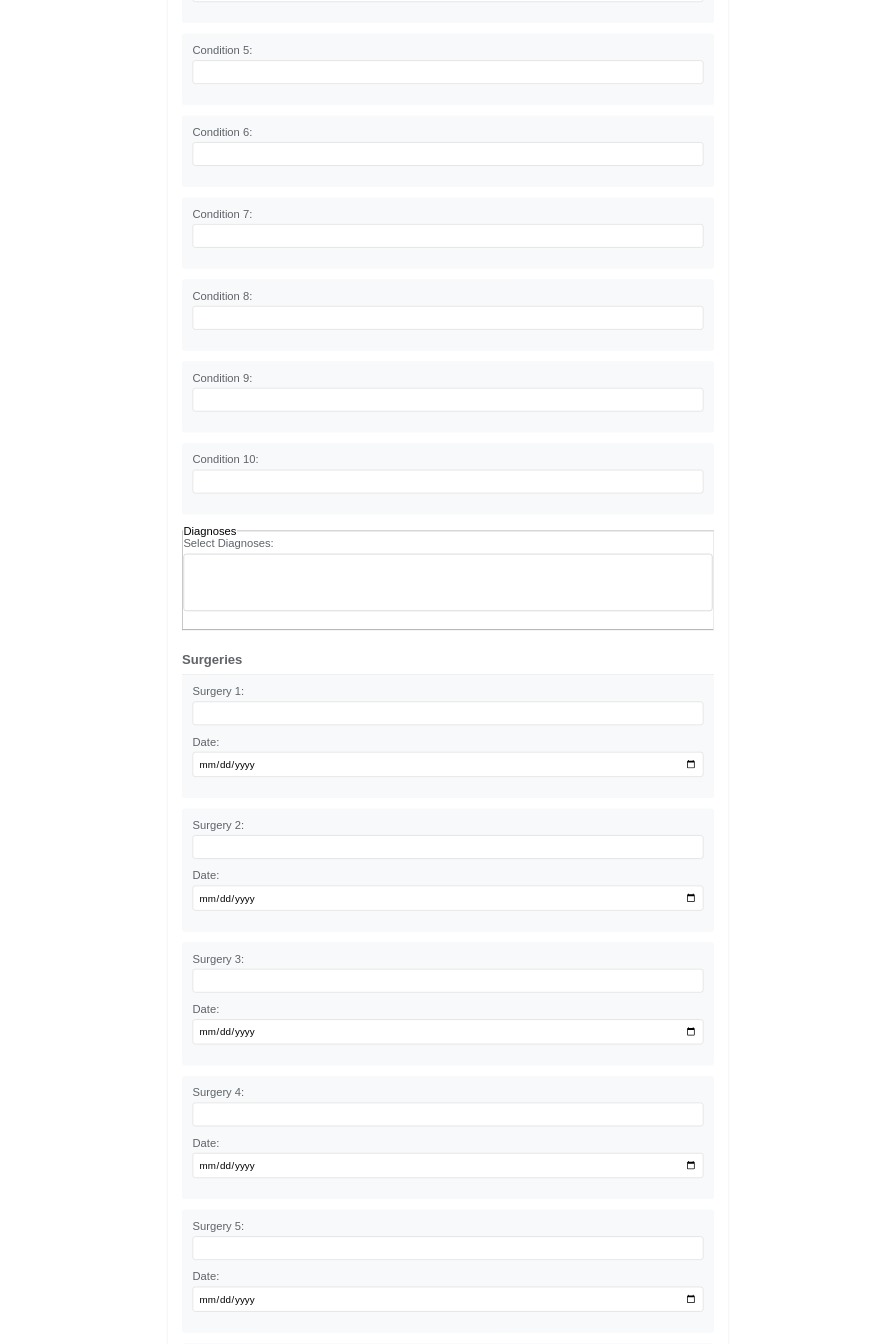
Repository: DavidG626/Flask-Project
Page: templates/update_medical_hx.html
These files come from the project's save history. The page is drawn as it stood at one moment and after the next save; the edit follows.
The browser window is 1280 px wide. The pictures show the part of the page from y = 4580 to 6500 px (the page is 11250 px tall before and 11189 px after), at 70% of full size.
Some web libraries are served in a nearby version. The template is drawn by Flask 3. The application's start-up code is not run. Other server files are loaded and not shown. The template is opened directly, without the code that normally fills it, so the values that code supplies are empty.

Above is the page before, as saved 2025-02-09 00:00:58.

### templates/update_medical_hx.html
<!DOCTYPE html>
<html lang="en">
    <head>
        <meta charset="UTF-8">
        <meta name="viewport" content="width=device-width, initial-scale=1.0">
        <title>Patient Medical History</title>
        <link rel="stylesheet" type="text/css" href="/static/dashboard.css">
        <link rel="stylesheet" type="text/css" href="/static/update_med_hx.css">
        <link href="https://cdnjs.cloudflare.com/ajax/libs/font-awesome/6.0.0/css/all.min.css" rel="stylesheet">
        <link href="https://cdn.jsdelivr.net/npm/select2@4.1.0-rc.0/dist/css/select2.min.css" rel="stylesheet" />
        <script src="https://cdn.jsdelivr.net/npm/jquery@3.6.0/dist/jquery.min.js"></script>
        <script src="https://cdn.jsdelivr.net/npm/select2@4.1.0-rc.0/dist/js/select2.min.js"></script>
    </head>


<body>
    <div class="update-form">
        <h2>Update Medical History</h2>
        <p class="small-text">Patient: {{ patient.first_name }} {{ patient.last_name }}</p>

        <form method="POST" action="{{ url_for('dashboard.update_medical_history', patient_id=patient.id) }}">
            <!-- Allergies Section -->
            <h3>Allergies</h3>
            {% for i in range(1, 16) %}
            <div class="form-section">
                <div class="form-group">
                    <label>Allergy {{ i }}:</label>
                    <input type="text" name="allergy_{{ i }}"
                           value="{{ patient.medical_history.allergies[i-1].allergy_name if patient.medical_history and patient.medical_history.allergies|length >= i else '' }}">
                </div>
                <div class="form-group">
                    <label>Severity:</label>
                    <input type="text" name="allergy_severity_{{ i }}"
                           value="{{ patient.medical_history.allergies[i-1].allergy_severity if patient.medical_history and patient.medical_history.allergies|length >= i else '' }}">
                </div>
                <div class="form-group">
                    <label>Reaction:</label>
                    <input type="text" name="allergy_reaction_{{ i }}"
                           value="{{ patient.medical_history.allergies[i-1].reaction if patient.medical_history and patient.medical_history.allergies|length >= i else '' }}">
                </div>
            </div>
            {% endfor %}

            <!-- Medical Conditions Section -->
            <h3>Medical Conditions</h3>
            {% for i in range(1, 11) %}
            <div class="form-section">
                <div class="form-group">
                    <label>Condition {{ i }}:</label>
                    <input type="text" name="condition_{{ i }}"
                           value="{{ patient.medical_history.medical_conditions[i-1].condition_name if patient.medical_history and patient.medical_history.medical_conditions|length >= i else '' }}">
                </div>
            </div>
            {% endfor %}

            <!-- Diagnoses Section -->
            <fieldset>
                <legend>Diagnoses</legend>
                <div class="form-group">
                    <label>Select Diagnoses:</label>
                    <select name="diagnoses" multiple class="form-select">
                        {% for code in icd10_codes %}
                            <option value="{{ code.id }}"
                                {% if patient.medical_history and code.id in patient.medical_history.diagnoses|map(attribute='icd10_id')|list %}
                                    selected
                                {% endif %}>
                                {{ code.description }} ({{ code.code }})
                            </option>
                        {% endfor %}
                    </select>
                </div>
            </fieldset>

            <!-- Surgeries Section -->
            <h3>Surgeries</h3>
            {% for i in range(1, 11) %}
            <div class="form-section">
                <div class="form-group">
                    <label>Surgery {{ i }}:</label>
                    <input type="text" name="surgery_{{ i }}"
                           value="{{ patient.medical_history.surgeries[i-1].surgery_name if patient.medical_history and patient.medical_history.surgeries|length >= i else '' }}">
                </div>
                <div class="form-group">
                    <label>Date:</label>
                    <input type="date" name="surgery_date_{{ i }}"
                           value="{{ patient.medical_history.surgeries[i-1].surgery_date.strftime('%Y-%m-%d') if patient.medical_history and patient.medical_history.surgeries|length >= i and patient.medical_history.surgeries[i-1].surgery_date else '' }}">
                </div>
            </div>
            {% endfor %}

            <!-- Medications Section -->
            <h3>Medications</h3>
            {% for i in range(1, 11) %}
            <div class="form-section">
                <div class="form-group">
                    <label>Medication {{ i }}:</label>
                    <input type="text" name="medication_{{ i }}"
                           value="{{ patient.medical_history.medications[i-1].medication_name if patient.medical_history and patient.medical_history.medications|length >= i else '' }}">
                </div>
                <div class="form-group">
                    <label>Dosage:</label>
                    <input type="text" name="dosage_{{ i }}"
                           value="{{ patient.medical_history.medications[i-1].dosage if patient.medical_history and patient.medical_history.medications|length >= i else '' }}">
                </div>
                <div class="form-group">
                    <label>Frequency:</label>
                    <input type="text" name="frequency_{{ i }}"
                           value="{{ patient.medical_history.medications[i-1].frequency if patient.medical_history and patient.medical_history.medications|length >= i else '' }}">
                </div>
            </div>
            {% endfor %}

            <!-- Smoking History -->
            <h3>Smoking History</h3>
            <div class="form-section">
                <div class="form-group">
                    <input type="checkbox" name="current_smoker"
                           {{ 'checked' if patient.medical_history and patient.medical_history.current_smoker }}>
                    <label>Current Smoker</label>
                </div>
                <div class="form-group">
                    <input type="checkbox" name="former_smoker"
                           {{ 'checked' if patient.medical_history and patient.medical_history.former_smoker }}>
                    <label>Former Smoker</label>
                </div>
                <div class="form-group">
                    <label>Quit Date:</label>
                    <input type="date" name="quit_date"
                           value="{{ patient.medical_history.quit_date.strftime('%Y-%m-%d') if patient.medical_history and patient.medical_history.quit_date else '' }}">
                </div>
                <div class="form-group">
                    <input type="checkbox" name="never_smoker"
                           {{ 'checked' if patient.medical_history and patient.medical_history.never_smoker }}>
                    <label>Never Smoker</label>
                </div>
                <div class="form-group">
                    <input type="checkbox" name="passive_smoker"
                           {{ 'checked' if patient.medical_history and patient.medical_history.passive_smoker }}>
                    <label>Passive Smoker</label>
                </div>
                <div class="form-group">
                    <input type="checkbox" name="vaping"
                           {{ 'checked' if patient.medical_history and patient.medical_history.vaping }}>
                    <label>Vaping</label>
                </div>
            </div>

            <!-- Alcohol Consumption -->
            <h3>Alcohol Consumption</h3>
            <div class="form-section">
                <div class="form-group">
                    <label>Wine per Week:</label>
                    <input type="number" name="wine_per_week"
                           value="{{ patient.medical_history.wine_per_week if patient.medical_history else '' }}">
                </div>
                <div class="form-group">
                    <label>Beer per Week:</label>
                    <input type="number" name="beer_per_week"
                           value="{{ patient.medical_history.beer_per_week if patient.medical_history else '' }}">
                </div>
                <div class="form-group">
                    <label>Liquor per Week:</label>
                    <input type="number" name="liquor_per_week"
                           value="{{ patient.medical_history.liquor_per_week if patient.medical_history else '' }}">
                </div>
            </div>

            <!-- Substance Use -->
            <h3>Substance Use</h3>
            <div class="form-section">
                <div class="form-group">
                    <input type="checkbox" name="marijuana"
                           {{ 'checked' if patient.medical_history and patient.medical_history.marijuana }}>
                    <label>Marijuana</label>
                </div>
                <div class="form-group">
                    <input type="checkbox" name="cocaine"
                           {{ 'checked' if patient.medical_history and patient.medical_history.cocaine }}>
                    <label>Cocaine</label>
                </div>
                <div class="form-group">
                    <input type="checkbox" name="meth"
                           {{ 'checked' if patient.medical_history and patient.medical_history.meth }}>
                    <label>Meth</label>
                </div>
                <div class="form-group">
                    <input type="checkbox" name="iv_drugs"
                           {{ 'checked' if patient.medical_history and patient.medical_history.iv_drugs }}>
                    <label>IV Drugs</label>
                </div>
            </div>

            <div class="buttons">
                <button type="submit" class="save-btn">Save Changes</button>
                <a href="{{ url_for('dashboard.patient_detail', patient_id=patient.id) }}" class="cancel-btn">Cancel</a>
            </div>
        </form>
    </div>
</body>
</html>

### static/dashboard.css
/* static/style.css */
html {
    font-size: 16px;
}
* {
    margin: 0;
    padding: 0;
    box-sizing: border-box;
    font-family: Arial, sans-serif;
}

.container {
    display: flex;
    height: 100vh;
}
.logo {
    font-size: 1.5rem;
    font-weight: bold;
    color: #1a73e8;
    margin-bottom: 20px;
    text-align: center;

}
/* Sidebar Styles */

.logged-user {
    text-align: center;
    color: #5f6368;
    font-size: 0.9rem;
    margin-bottom: 20px;
    padding: 0 10px;
    font-weight: 500;
}
.logout-link {
    display: block;
    color: #5f6368;
    font-size: 0.9rem;
    text-decoration: none;
    margin-top: 5px;
}

.logout-link:hover {
    color: #1a73e8;
}
/* Adjust logo margin */
.logo {
    margin-bottom: 10px;
}
.sidebar {
    width: 260px;
    background: white;
    padding: 20px;
    border-right: 1px solid #e1e4e8;
}

.new-button button {
    width: 100%;
    padding: 12px;
    background: #e8f0fe;
    color: #1a73e8;
    border: none;
    border-radius: 24px;
    cursor: pointer;
    font-weight: 500;
    display: flex;
    align-items: center;
    justify-content: center;
    gap: 8px;
    margin-bottom: 20px;
}

.sidebar nav ul a {
    list-style: none;
    text-decoration: none;
    color: inherit;
}

.sidebar nav ul li  {
    padding: 10px 12px;
    border-radius: 24px;
    cursor: pointer;
    display: flex;
    align-items: center;
    gap: 12px;
    color: #5f6368;
}


.sidebar nav ul li.active {
    background: #e8f0fe;
    color: #1a73e8;
}
.sidebar nav ul li,
.sidebar nav ul li a {
    display: flex;
    align-items: center;
    gap: 12px;
}

.sidebar nav ul li a {
    text-decoration: none;
    color: inherit;
    width: 100%; /* Ensure the link takes full width of the list item */
}
/* Main Content Styles */
main {
    flex: 1;
    background: #f8f9fa;
    display: flex;
    flex-direction: column;
}

header {
    background: white;
    padding: 8px 20px;
    border-bottom: 1px solid #e1e4e8;
}

.search-bar {
    position: relative;
    max-width: 720px;
}

.search-bar input {
    width: 100%;
    padding: 12px 16px 12px 40px;
    border: none;
    background: #f1f3f4;
    border-radius: 8px;
    font-size: 14px;
}

.search-bar i {
    position: absolute;
    left: 12px;
    top: 50%;
    transform: translateY(-50%);
    color: #5f6368;
}

.content {
    padding: 20px;
    flex: 1;
}

.toolbar {
    display: flex;
    justify-content: space-between;
    align-items: center;
    margin-bottom: 20px;
}

.view-options a {
    padding: 8px;
    cursor: pointer;
    color: #1a73e8;
    text-decoration: none;

}

.view-options a:visited {
    color: #1a73e8;
    text-decoration: none;

}

.view-options a:hover {
    color: #1a73e8;
    text-decoration: underline;

}

/* Table Styles */
.files-table {
    width: 100%;
    background: white;
    border-radius: 8px;
    border-collapse: collapse;
}

.files-table th,
.files-table td {
    padding: 12px 20px;
    text-align: left;
    border-bottom: 1px solid #e1e4e8;
}

.files-table th {
    color: #5f6368;
    font-weight: 500;
    font-size: 14px;
}

.file-cell {
    display: flex;
    align-items: center;
    gap: 12px;
}

.file-cell i {
    color: #5f6368;
}

.files-table tr:hover {
    background: #f8f9fa;
}

/* update.html */
.update-form {
    max-width: 500px;
    margin: 50px auto;
    padding: 20px;
    background: white;
    border-radius: 8px;
    box-shadow: 0 2px 4px rgba(0,0,0,0.1);
}

.form-group {
    margin-bottom: 15px;
}

.form-group label {
    display: block;
    margin-bottom: 5px;
    font-weight: bold;
}

.form-group input {
    width: 100%;
    padding: 8px;
    border: 1px solid #ddd;
    border-radius: 4px;
}

.buttons {
    margin-top: 20px;
}

.save-btn {
    background: #1a73e8;
    color: white;
    padding: 10px 20px;
    border: none;
    border-radius: 4px;
    cursor: pointer;
}

.cancel-btn {
    background: #f1f3f4;
    color: #5f6368;
    padding: 10px 20px;
    border: none;
    border-radius: 4px;
    text-decoration: none;
    margin-left: 10px;
}
.edit-btn {
    background: #1a73e8;
    color: white;
    padding: 8px 16px;
    border-radius: 4px;
    text-decoration: none;
    display: inline-block;
    margin-bottom: 20px;
}


.patient-card {
    background: white;
    border-radius: 8px;
    padding: 20px;
    margin: 10px 0;
    box-shadow: 0 2px 4px rgba(0,0,0,0.1);
    display: flex;
    align-items: center;
    text-decoration: none;  /* Remove default link underline */
    color: inherit;  /* Keep default text color */
    transition: all 0.2s ease;  /* Smooth hover effect */
}
.small-text {
    font-size: 14px;
    color: #5f6368;  /* matches your theme's gray color */
}

.patient-card:hover {
    background: #f8f9fa;
    transform: translateY(-2px);
    box-shadow: 0 4px 6px rgba(0,0,0,0.1);
}

.patient-card .fa-folder {
    color: #4a90e2;
    font-size: 24px;
    margin-right: 15px;
}

.patient-name {
    font-weight: bold;
    font-size: 16px;
    margin-right: 20px;
}

.patient-details {
    margin-left: auto;
}

.view-link {
    color: #4a90e2;
    text-decoration: none;
    margin-left: 15px;
}

.view-link:hover {
    text-decoration: underline;
}

.tabs {
    display: flex;
    gap: 5px;
    padding: 10px 10px 0;
    background: #f8f9fa;
    border-bottom: 1px solid #e1e4e8;
}

.tab {
    padding: 10px 20px;
    text-decoration: none;
    color: #5f6368;
    background: #f8f9fa;
    border: 1px solid transparent;
    border-radius: 4px 4px 0 0;
}

.tab:hover {
    color: #1a73e8;
}

.tab-pane {
    display: none;
    padding: 20px;
}

/* Show the targeted tab */
.tab-pane:target {
    display: block;
}

/* Show first tab by default when no tab is targeted */
.tab-pane:first-child:not(:target) {
    display: block;
}

/* Highlight active tab */
.tab:target {
    background: white;
    border-color: #e1e4e8;
    border-bottom-color: white;
    color: #1a73e8;
    margin-bottom: -1px;
}

/* Delete Buttons */
.view-link.delete {
    background: none;
    border: none;
    color: #dc3545;  /* Red color to indicate destructive action */
    cursor: pointer;
}

.view-link.delete:hover {
    color: #c82333;
}

/* drop down for ICD10 */
.form-select {
    width: 100%;
    padding: 8px;
    border: 1px solid #ccc;
    border-radius: 4px;
    margin-bottom: 10px;
}
/* START @MEDIA BASE FONT SIZE 16PX*/
@media (max-width: 1600px) {
    html {
        font-size: 16px;
    }
}
@media (max-width: 1200px) {
    html {
        font-size: 16px;
    }
}
@media (max-width: 992px) {
    html {
        font-size: 14px;
    }
}
@media (max-width: 768px) {
    html {
        font-size: 12px;
    }
}
@media (max-width: 600px) {
    html {
        font-size: 10px;
    }
}
/* END @MEDIA */

### static/update_med_hx.css
/* medical_history.css */


.update-form {
    max-width: 800px;  /* Wider than regular update form due to more fields */
    margin: 50px auto;
    padding: 20px;
    background: white;
    border-radius: 8px;
    box-shadow: 0 2px 4px rgba(0,0,0,0.1);
}

.update-form h2 {
    color: #1a73e8;
    margin-bottom: 20px;
}

.update-form h3 {
    color: #5f6368;
    margin-top: 30px;
    padding-bottom: 10px;
    border-bottom: 1px solid #e1e4e8;
}

.form-section {
    background: #f8f9fa;
    padding: 15px;
    border-radius: 4px;
    margin-bottom: 15px;
}

.form-group {
    margin-bottom: 15px;
}

.form-group label {
    display: block;
    margin-bottom: 5px;
    font-weight: 500;
    color: #5f6368;
}

.form-group input[type="text"],
.form-group input[type="date"],
.form-group input[type="number"] {
    width: 100%;
    padding: 8px;
    border: 1px solid #ddd;
    border-radius: 4px;
    font-size: 14px;
}

After the next save:
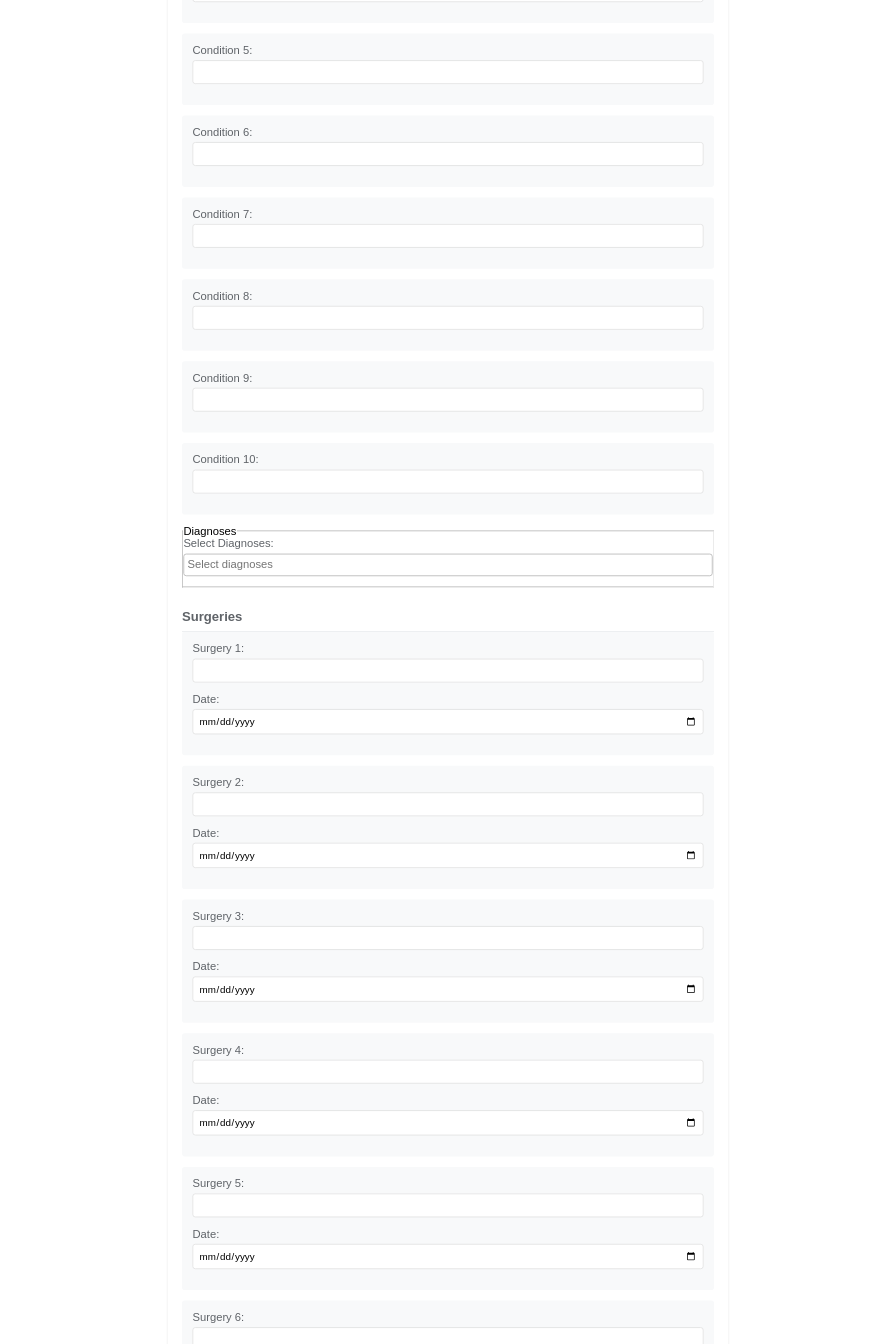
Saved 36 s later.
--- a/templates/update_medical_hx.html
+++ b/templates/update_medical_hx.html
@@ -196,5 +196,14 @@
             </div>
         </form>
     </div>
+    <script>
+        $(document).ready(function() {
+            $('.form-select').select2({
+                placeholder: 'Select diagnoses',
+                allowClear: true,
+                width: '100%'
+            });
+        });
+        </script>
 </body>
 </html>
